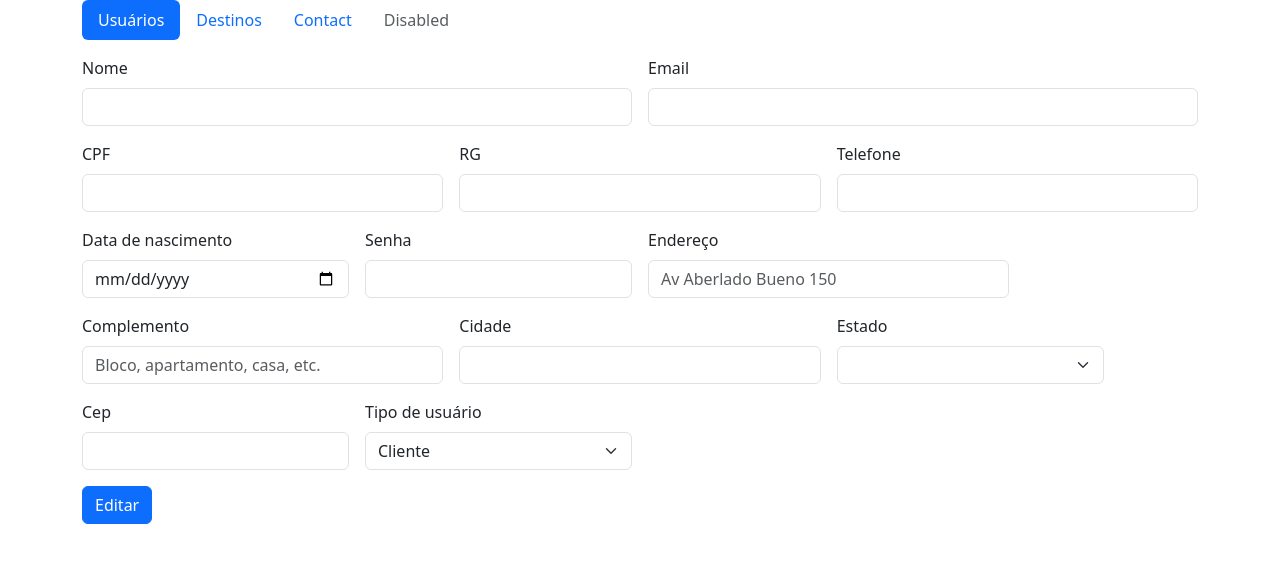
Repository: MaiconNunes315/Entrega_Recode_4
Page: http://localhost/Valonge/usuario/editarUsuario.jsp
These files come from the project's save history. The page is drawn as it stood at one moment and after the next save; the edit follows.
The browser window is 1280 px wide. The pictures show the whole page.
The page is served by Tomcat 9. Other server files are loaded and not shown. The template is opened directly, without the code that normally fills it, so the values that code supplies are empty.

Above is the page before, as saved 2023-11-05 11:14:48.

### Valonge/src/main/webapp/usuario/editarUsuario.jsp
<%@ page language="java" contentType="text/html; charset=UTF-8"
	pageEncoding="UTF-8"%>
<%@ taglib uri="http://java.sun.com/jsp/jstl/core" prefix="jstl"%>

<html>
<head>
<meta charset="UTF-8">
<title>Painel de Controle - Editar usuário</title>
<link
	href="https://cdn.jsdelivr.net/npm/bootstrap@5.3.2/dist/css/bootstrap.min.css"
	rel="stylesheet"
	integrity="sha384-T3c6CoIi6uLrA9TneNEoa7RxnatzjcDSCmG1MXxSR1GAsXEV/Dwwykc2MPK8M2HN"
	crossorigin="anonymous">
</head>
<body class="container">
	<ul class="nav nav-pills mb-3" id="pills-tab" role="tablist">
		<li class="nav-item" role="presentation">
			<button class="nav-link active" id="pills-home-tab"
				data-bs-toggle="pill" data-bs-target="#pills-home" type="button"
				role="tab" aria-controls="pills-home" aria-selected="true">
				Usuários</button>
		</li>
		<li class="nav-item" role="presentation"><a href="/destino"
			class="link-underline link-underline-opacity-0">
				<button class="nav-link decoration-none " id="pills-profile-tab"
					data-bs-toggle="pill" data-bs-target="#pills-profile" type="button"
					role="tab" aria-controls="pills-profile" aria-selected="false">
					Destinos</button>
		</a></li>
		<li class="nav-item" role="presentation">
			<button class="nav-link" id="pills-contact-tab" data-bs-toggle="pill"
				data-bs-target="#pills-contact" type="button" role="tab"
				aria-controls="pills-contact" aria-selected="false">
				Contact</button>
		</li>
		<li class="nav-item" role="presentation">
			<button class="nav-link" id="pills-disabled-tab"
				data-bs-toggle="pill" data-bs-target="#pills-disabled" type="button"
				role="tab" aria-controls="pills-disabled" aria-selected="false"
				disabled>Disabled</button>
		</li>
	</ul>
	<form class="row g-3" action="usuario/editar" method="POST">
		<div class="col-md-6">
			<label for="inputNome" class="form-label">Nome</label> <input
				type="text" class="form-control" id="inputNome" name="inputNome"
				value="${users.getNome()}">
		</div>
		<div class="col-md-6">
			<label for="inputEmail" class="form-label">Email</label> <input
				type="email" class="form-control" id="inputEmail" name="inputEmail"
				value="${ users.getEmail()}">
		</div>
		<div class="col-md-4">
			<label for="inputCpf" class="form-label">CPF</label> <input
				type="text" class="form-control" id="inputCpf" name="inputCpf"
				value="${users.getCpf() }">
		</div>
		<div class="col-md-4">
			<label for="inputRg" class="form-label">RG</label> <input type="text"
				class="form-control" id="inputRg" name="inputRg" value="${users.getRg() }">
		</div>
		<div class="col-md-4">
			<label for="inputTel" class="form-label">Telefone</label> <input
				type="tel" class="form-control" id="inputTel" name="inputTel" value="${users.getTelefone() }">
		</div>
		<div class="col-md-3">
			<label for="inputNascimento" class="form-label">Data de
				nascimento</label> <input type="date" class="form-control"
				id="inputNascimento" name="inputNascimento" value="${users.getDataNascimento() }">
		</div>
		<div class="col-md-3">
			<label for="inputSenha" class="form-label">Senha</label> <input
				type="password" class="form-control" id="inputSenha"
				name="inputSenha" value="${users.getSenha()}">
		</div>

			<div class="col-4">
				<label for="inputEndereco" class="form-label">Endereço</label> <input
					type="text" class="form-control" id="inputEndereco"
					placeholder="Av Aberlado Bueno 150" name="inputEndereco" value="${endereco[0]}">
			</div>
			<div class="col-4">
				<label for="inputComplemento" class="form-label">Complemento</label>
				<input type="text" class="form-control" id="inputComplemento"
					name="inputComplemento"
					placeholder="Bloco, apartamento, casa, etc." value="${endereco[1]}" >
			</div>
			<div class="col-md-4">
				<label for="inputCidade" class="form-label">Cidade</label> <input
					type="text" class="form-control" id="inputCidade"
					name="inputCidade" value="${endereco[2]}">
			</div>
			<div class="col-md-3">
				<label for="inputEstado" class="form-label">Estado</label> <select
					id="inputEstado" class="form-select" name="inputEstado">
					<option selected value="${users.getEstado()}">${users.getEstado()}</option>
					<jstl:forEach items="${Estados}" var="Estado">

						<option value="${Estado.getDescricao()}">${Estado.getDescricao()}</option>
					</jstl:forEach>

				</select>
			</div>
			<div class="col-md-3">
				<label for="inputCep" class="form-label">Cep</label> <input
					type="text" class="form-control" id="inputCep" name="inputCep" value="${endereco[3]}">
			</div>

		<div class="col-md-3">
			<label for="inputUsuario" class="form-label">Tipo de usuário</label>
			<select id="inputUsuario" class="form-select" name="inputUsuario">
				<option selected value="client">Cliente</option>
				<option value="user">Usuário</option>
				<option value="admin">Administrador</option>

			</select>
		</div>
		<div class="col-12">
			<button type="submit" class="btn btn-primary">Editar</button>
		</div>
	</form>

	<script
		src="https://cdn.jsdelivr.net/npm/bootstrap@5.3.2/dist/js/bootstrap.bundle.min.js"
		integrity="sha384-C6RzsynM9kWDrMNeT87bh95OGNyZPhcTNXj1NW7RuBCsyN/o0jlpcV8Qyq46cDfL"
		crossorigin="anonymous"></script>
</body>
</html>

After the next save:
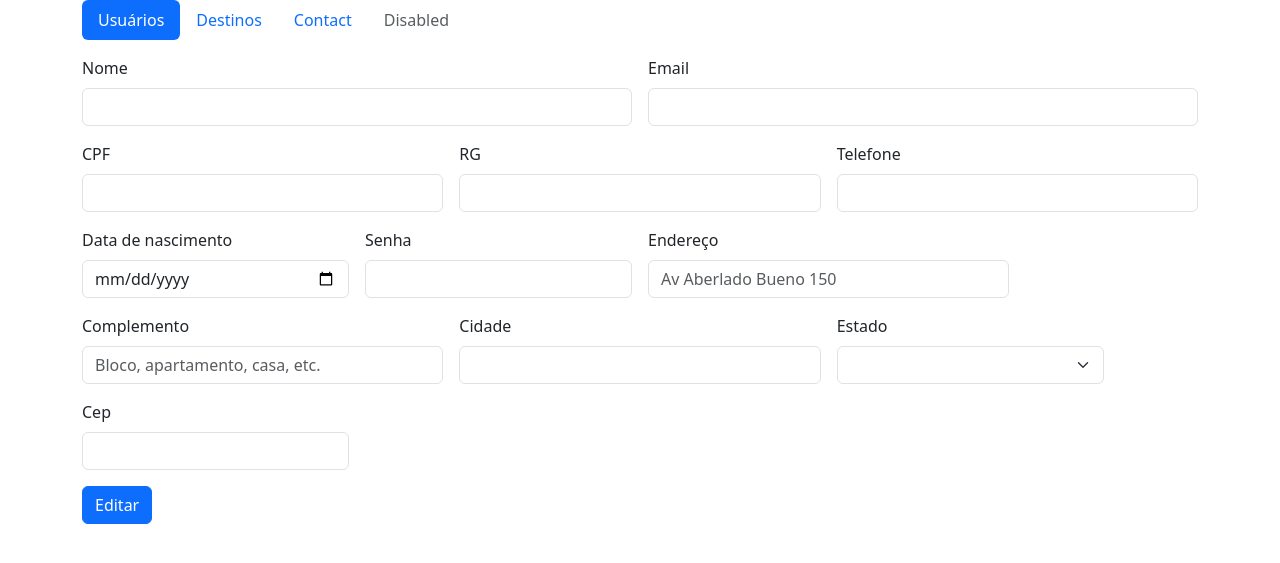
Saved 52 s later.
--- a/Valonge/src/main/webapp/usuario/editarUsuario.jsp
+++ b/Valonge/src/main/webapp/usuario/editarUsuario.jsp
@@ -107,15 +107,6 @@
 					type="text" class="form-control" id="inputCep" name="inputCep" value="${endereco[3]}">
 			</div>
 
-		<div class="col-md-3">
-			<label for="inputUsuario" class="form-label">Tipo de usuário</label>
-			<select id="inputUsuario" class="form-select" name="inputUsuario">
-				<option selected value="client">Cliente</option>
-				<option value="user">Usuário</option>
-				<option value="admin">Administrador</option>
-
-			</select>
-		</div>
 		<div class="col-12">
 			<button type="submit" class="btn btn-primary">Editar</button>
 		</div>
